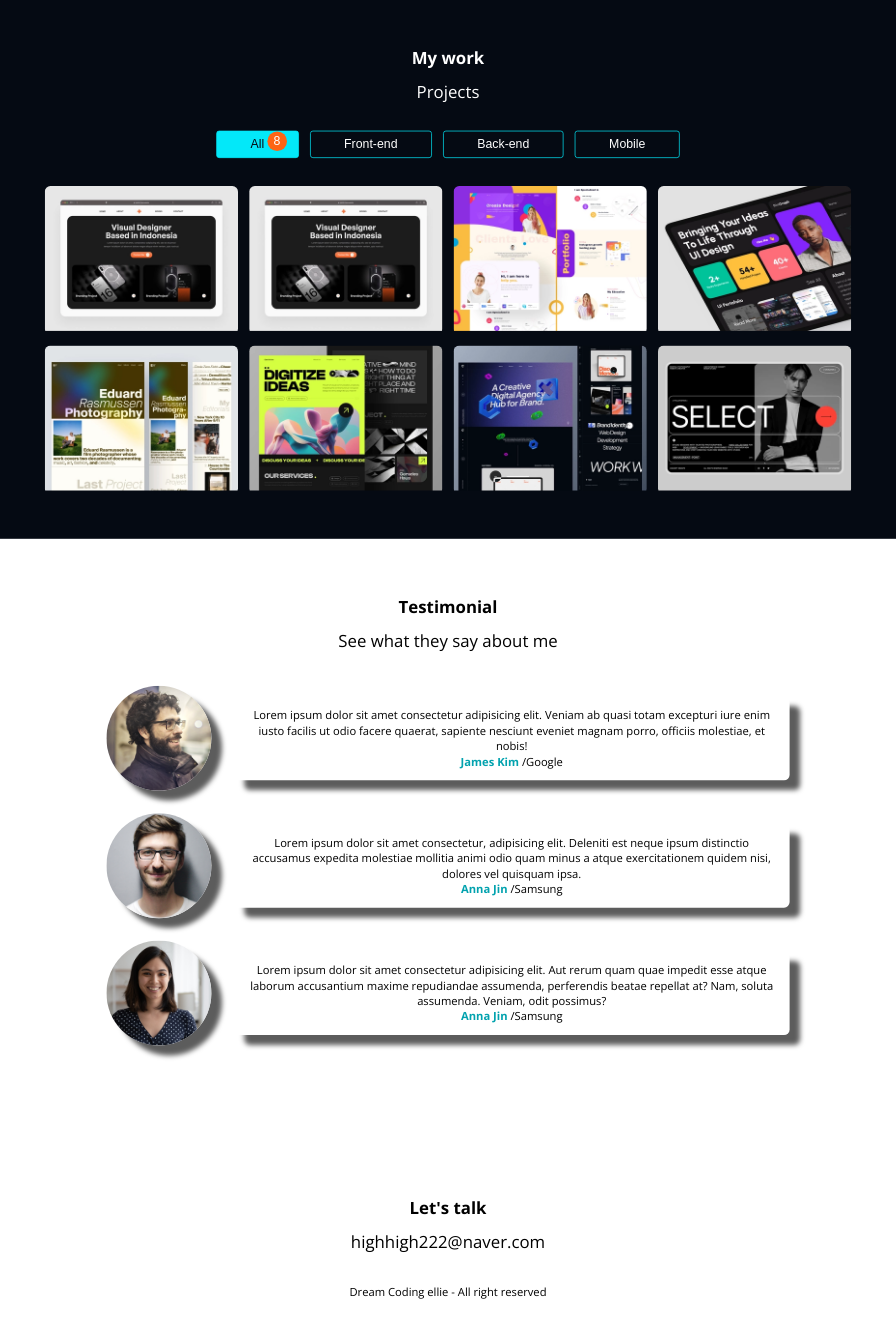
Repository: Arden-Sol/portfolio-website-clone-coding
Page: index.html
These files come from the project's save history. The page is drawn as it stood at one moment and after the next save; the edit follows.
The browser window is 1280 px wide. The pictures show the part of the page from y = 2224 to 4144 px (the page is 4144 px tall), at 70% of full size.
Some web libraries are served in a nearby version.

Above is the page before, as saved 2024-03-27 02:07:28.

### index.html
<!DOCTYPE html>
<html lang="en">

<head>
  <meta charset="UTF-8">
  <meta name="viewport" content="width=device-width, initial-scale=1.0">
  <!-- SEO -->
  <title>Arden&#39;s portfolio</title>
  <meta name="description" content="포트폴리오 연습장" />
  <meta name="author" content="arden">
  <link rel="shortcut icon" href="image/favicon.jpg" type="image/x-icon">
  <!-- OG (Open Graph Data) -->
  <meta property="og:title" content="포트폴리오">
  <meta property="og:type" content="website">
  <meta property="og:url" content="배포후 생성된 URL">
  <meta property="og:image" content="배포후 생성된 이미지 URL">
  <!-- Goole Font -->
  <link rel="preconnect" href="https://fonts.googleapis.com">
  <link rel="preconnect" href="https://fonts.gstatic.com" crossorigin>
  <link href="https://fonts.googleapis.com/css2?family=Open+Sans:ital,wght@0,300..800;1,300..800&display=swap"
    rel="stylesheet">
  <!-- Font Awesome -->
  <script src="https://kit.fontawesome.com/4dc9c1b526.js" crossorigin="anonymous"></script>
  <!-- CSS -->
  <link rel="stylesheet" href="css/style.css">
  <!-- Javascript -->
  <script src="src/main.js" defer></script>
</head>

<body>
  <!-- Header -->
  <header class="header">
    <div class="header__logo">
      <img class="header__logo__img" src="image/favicon.jpg" alt="">
      <h1 class="header__logo__title"><a href="#">Ellie</a></h1>
    </div>
    <nav>
      <ul class="header__menu">
        <li><a class="header__menu__item active" href="#home">Home</a></li>
        <li><a class="header__menu__item" href="#about">About</a></li>
        <li><a class="header__menu__item" href="#skills">Skills</a></li>
        <li><a class="header__menu__item" href="#work">My work</a></li>
        <li><a class="header__menu__item" href="#testimonial">Testimonials</a></li>
        <li><a class="header__menu__item" href="#contact">Contact</a></li>
      </ul>
    </nav>
  </header>
  <!-- Main -->
  <main>
    <!-- Home -->
    <section id="home" class="section">
      <img class="home__avatar" src="image/picture.jpg" alt="picture">
      <h2 class="home__title">Lorem <br> <strong class="home__title--strong">ipsum dolor</strong> sit amet consectetur
        ad.</h2>
      <p class="home__description">Lorem ipsum dolor sit amet consectetur adipisicing elit. Rerum placeat optio beatae
        assumenda incidunt harum
        vel?</p>
      <a class="home__contact" href="#contact">Contact me</a>
    </section>
    <!-- About -->
    <section id="about" class="section max-container">
      <h2 class="title">About me</h2>
      <p class="description">Lorem ipsum dolor sit amet, consectetur adipisicing elit. Soluta, consequatur.</p>
      <ul class="majors">
        <li class="major">
          <i class="fa-brands fa-html5 major__icon"></i>
          <p class="major__title">Front-end</p>
          <p>HTML, CSS Javascript, TYPEscript</p>
        </li>
        <li class="major">
          <i class="fa-solid fa-mobile major__icon"></i>
          <p class="major__title">Mobile</p>
          <p>Lorem ipsum dolor sit amet consectetur.</p>
        </li>
        <li class="major">
          <i class="fa-solid fa-server major__icon"></i>
          <p class="major__title">Back-end</p>
          <p>Lorem, ipsum dolor sit amet consectetur adipisicing elit.</p>
        </li>
      </ul>
      <ul class="jobs">
        <li class="job"><img src="image/jobs/google.png" alt="google">
          <div>
            <p class="job__name">junior Front-end engineer</p>
            <p class="job__period">period</p>
          </div>
        </li>
        <li class="job"><img src="image/jobs/samsung.png" alt="samsung">
          <div>
            <p class="job__name">
              junior Front-end dngineer
            </p>
            <p class="job__period">period</p>
          </div>
        </li>
      </ul>
    </section>
    <!-- Skills -->
    <section id="skills" class="section">
      <div class="max-container">
        <h2 class="title">My Skills</h2>
        <p class="description">Skills & Attributes</p>
        <p>Lorem ipsum dolor sit amet consectetur, adipisicing elit. Quia tempore dignissimos suscipit deleniti saepe
          nemo
          doloremque voluptates minima ipsam! Nemo ab voluptas omnis libero commodi delectus sequi hic error inventore?
        </p>
        <div class="skills">
          <section class="skills__coding">
            <h3 class="skills__title">Conding Skills</h3>
            <ul>
              <li class="bar">
                <div class="bar__metadata"><span>HTML</span><span>98%</span></div>
                <div class="bar__bg">
                  <div class="bar__value" style="width: 98%"></div>
                </div>
              </li>
              <li class="bar">
                <div class="bar__metadata"><span>CSS</span><span>90%</span></div>
                <div class="bar__bg">
                  <div class="bar__value" style="width: 20%"></div>
                </div>
              </li>
              <li class="bar">
                <div class="bar__metadata"><span>Javascript</span><span>90%</span></div>
                <div class="bar__bg">
                  <div class="bar__value" style="width: 98%"></div>
                </div>
              </li>
              <li class="bar">
                <div class="bar__metadata"><span>TYPEscript</span><span>80%</span></div>
                <div class="bar__bg">
                  <div class="bar__value" style="width: 98%"></div>
                </div>
              </li>
              <li class="bar">
                <div class="bar__metadata"><span>NodeJs</span><span>78%</span></div>
                <div class="bar__bg">
                  <div class="bar__value" style="width: 98%"></div>
                </div>
              </li>
              <li class="bar">
                <div class="bar__metadata"><span>React</span><span>68%</span></div>
                <div class="bar__bg">
                  <div class="bar__value" style="width: 98%"></div>
                </div>
              </li>
            </ul>
          </section>
          <section class="skills__tools">
            <h3 class="skills__title">Tools</h3>
            <ul>
              <li>Visual Studio Code</li>
              <li>IntelliJ</li>
              <li>Android Studio Code</li>
              <li>iOS dvelopment toos</li>
              <li>Sketch app</li>
            </ul>
          </section>
          <section class="skills__etc">
            <h3 class="skills__title">Etc</h3>
            <ul>
              <li>Git</li>
              <li>Scurm Master</li>
              <li>Math</li>
            </ul>
          </section>
        </div>
      </div>
    </section>
    <!-- Work -->
    <section id="work" class="section">
      <div class="max-container">
        <h2 class="title">My work</h2>
        <p class="description">Projects</p>
        <ul class="categories">
          <li><button class="category category--selected">All <span class="category__count">8</span></button></li>
          <li><button class="category">Front-end <span class="category__count">3</span></button></li>
          <li><button class="category">Back-end <span class="category__count">3</span></button></li>
          <li><button class="category">Mobile <span class="category__count">2</span></button></li>
        </ul>
        <ul class="projects">
          <li class="project">
            <a href="#" target="_blank">
              <img src="image/projects/project1.webp" alt="project8" class="project__img">
              <div class="project__metadata">
                <h3 class="project__title">Project #1</h3>
                <p>Clone Coding with HTML, CSS</p>
              </div>
            </a>
          </li>
          <li class="project"><a href="#" target="_blank"><img src="image/projects/project1.webp" alt="project1"
                class="project__img">
              <div class="project__metadata">
                <h3 class="project__title">Project #1</h3>
                <p>Clone Coding with HTML, CSS</p>
              </div>
            </a></li>
          <li class="project"><a href="#" target="_blank"><img src="image/projects/project2.webp" alt="project2"
                class="project__img">
              <div class="project__metadata">
                <h3 class="project__title">Project #2</h3>
                <p>Clone Coding with HTML, CSS</p>
              </div>
            </a></li>
          <li class="project"><a href="#" target="_blank"><img src="image/projects/project3.webp" alt="project3"
                class="project__img">
              <div class="project__metadata">
                <h3 class="project__title">Project #3</h3>
                <p>Clone Coding with HTML, CSS</p>
              </div>
            </a></li>
          <li class="project"><a href="#" target="_blank"><img src="image/projects/project4.webp" alt="project4"
                class="project__img">
              <div class="project__metadata">
                <h3 class="project__title">Project #4</h3>
                <p>Clone Coding with HTML, CSS</p>
              </div>
            </a></li>
          <li class="project"><a href="#" target="_blank"><img src="image/projects/project5.webp" alt="project5"
                class="project__img">
              <div class="project__metadata">
                <h3 class="project__title">Project #5</h3>
                <p>Clone Coding with HTML, CSS</p>
              </div>
            </a></li>
          <li class="project"><a href="#" target="_blank"><img src="image/projects/project6.webp" alt="project6"
                class="project__img">
              <div class="project__metadata">
                <h3 class="project__title">Project #6</h3>
                <p>Clone Coding with HTML, CSS</p>
              </div>
            </a></li>
          <li class="project"><a href="#" target="_blank"><img src="image/projects/project7.webp" alt="project7"
                class="project__img">
              <div class="project__metadata">
                <h3 class="project__title">Project #7</h3>
                <p>Clone Coding with HTML, CSS</p>
              </div>
            </a></li>
        </ul>
      </div>
    </section>
    <!-- Testimonials -->
    <section id="testimonial" class="section max-container">
      <h2 class="title">Testimonial</h2>
      <p class="description">See what they say about me</p>
      <ul class="testimonials">
        <li class="testimonial"><img class="testimonial__img" src="image/testimonials/people1.webp" alt="people1">
          <div class="testimonial__bubble">
            <p>Lorem ipsum dolor sit amet consectetur adipisicing elit. Veniam ab quasi totam excepturi iure enim iusto
              facilis ut odio facere quaerat, sapiente nesciunt eveniet magnam porro, officiis molestiae, et nobis!</p>
            <p><a class="testimonial__bubble__name" href="#">James Kim</a> /Google</p>
          </div>
        </li>
        <li class="testimonial"><img class="testimonial__img" src="image/testimonials/people2.webp" alt="people2">
          <div class="testimonial__bubble">
            <p>Lorem ipsum dolor sit amet consectetur, adipisicing elit. Deleniti est neque ipsum distinctio accusamus
              expedita molestiae mollitia animi odio quam minus a atque exercitationem quidem nisi, dolores vel quisquam
              ipsa.</p>
            <p><a class="testimonial__bubble__name" href="#">Anna Jin </a>/Samsung</p>
          </div>
        </li>
        <li class="testimonial">
          <img class="testimonial__img" src="image/testimonials/people3.webp" alt="people3">
          <div class="testimonial__bubble">
            <p>Lorem ipsum dolor sit amet consectetur adipisicing elit. Aut rerum quam quae impedit esse atque laborum
              accusantium maxime repudiandae assumenda, perferendis beatae repellat at? Nam, soluta assumenda. Veniam,
              odit possimus?</p>
            <p><a class="testimonial__bubble__name" href="#">Anna Jin </a>/Samsung</p>
          </div>
        </li>
      </ul>
    </section>
    <!-- Arrow up -->
    <aside>
      <a href="#home" title="back to top">
        <i class="fa-solid fa-arrow-up"></i></a>
    </aside>
  </main>
  <!-- Footer -->
  <footer id="contact" class="section">
    <h2 class="title">Let&#39;s talk</h2>
    <p class="description">highhigh222@naver.com</p>
    <ul>
      <li>
        <a href="#" title="arden github link" target="_blank">
          <i class="fa-brands fa-github"></i>
        </a>
      </li>
      <li>
        <a href="#" title="arden linkedin link" target="_blank">
          <i class="fa-brands fa-linkedin"></i>
        </a>
      </li>
    </ul>
    <p>Dream Coding ellie - All right reserved</p>
  </footer>


</body>

</html>

### css/style.css
/* Global */
:root {
/* App Colors */
--color-primary: var(--color-black);
--color-primary-variant: var(--color-gray);
--color-accent: var(--color-blue);
--color-accent-variant: var(--color-orange);
--color-text: var(--color-white);

  /* Colors */
--color-white: #ffffff;
--color-black: #050a13;
--color-blue: #03e8f9;
--color-orange: #fd6413;
--color-gray: #1b1e26;

/* Size */
--size-max-width: 1200px;
}

*{
  box-sizing: border-box;
}

body {
  margin : 0;
  font-family: 'Open Sans', sans-serif;
}

h1, h2, h3,p,ul {
  margin : 0;

}

ul{
  list-style: none;
  padding: 0;
}
a {
  text-decoration: none;
  color : var(--color-text);
}

button {
  background-color: transparent;
  outline: 0;
  border : 0;
}

button:hover {
  outline: 1px solid var(--color-accent);
}

/* Common */
.section {
  padding: 4rem;
  text-align: center;
}
.title {
  font-size: 2.5;
  margin: 1rem 0;
}
.description {
  font-size: 1.5rem;
}
.max-container {
  max-width: var(--size-max-width);
  margin: auto;
}

/* Header */
.header{
  position:fixed;
  top:0;
  width: 100%;
  display: flex;
  justify-content: space-between;
  align-items: center;
  padding: 1rem;
  background-color: black;
  z-index: 1;
  /* 새롭게 배운 것 */
}
.header__logo {
  display: flex;
  align-items: center;
  gap:8px;
}
.header__logo__img {
  width: 36px;
  height: 36px;
  border-radius: 100%;
}
.header__logo__title {
  font-size: 1.8rem;
}
.header__menu {
  display: flex;
  gap:4px
}
.header__menu__item {
  padding: 8px 16px;
}
.header__menu__item:hover {
  border-bottom:1px solid var(--color-accent)
}
.header__menu__item.active {
  border:1px solid var(--color-accent);
  border-radius: 4px;
}
/* Home */
#home{
  background-color: var(--color-primary);
  color: var(--color-text);
  padding : 5rem 1rem;
  padding-top: 7rem;
  text-align: center;
}
.home__avatar{
  width: 250px;
  height: 250px;
  object-fit:cover;
  border-radius: 100%;
  border:3px solid var(--color-accent);
}
.home__title {
  font-size: 3rem;
  margin-bottom: 1rem;
}
.home__title--strong{
  color: var(--color-accent);
}
.home__description {
  font-size: 1.3rem;
}
.home__contact{
  display: inline-block;
  background-color: var(--color-accent);
  color:var(--color-black);
  padding : 0.5rem 1rem;
  margin: 2rem;
  font-weight: bold;
  border-radius: 4px;
}
.home__contact:hover{
  background-color: transparent;
  color: var(--color-text);
  outline: 2px solid var(--color-accent);
}
/* About me */
.majors{
  display: flex;
  justify-content: space-between;
  gap:1rem;
  margin: 2.5rem 0;
}
.major {
  background-color: var(--color-primary-variant);
  padding: 2rem 1rem;
  width: 30%;
  color: var(--color-text);
  border-radius: 1rem;
  cursor: default;
  box-shadow: 15px 14px 8px 0px rgba(0,0,0,0.64);
}
.major__icon{
  font-size: 4rem;
  margin: 1rem 0;
  color: var(--color-accent);
  transition: all 300ms ease;
}
.major__title{
  font-size: 1.5rem;
  font-weight: bold;
  margin-bottom:1rem;
}
.major:hover .major__icon{
  transform: rotate(-15deg) scale(1.2);
}
.jobs{
  text-align: start;
}
.job {
  display: flex;
  align-items: center;
  gap:8px;
  margin-bottom: 1rem;
}
.job__name {
  color: var(--color-primary);
}
.job__period  {
  color: var(--color-primary);
  font-size: 0.8rem;
}

/* Skills */
#skills {
  background-color: var(--color-primary-variant);
  color: var(--color-text);
}
.skills{
  display: grid;
  grid-template-columns: 6fr 4fr;
  margin: 2rem 3rem;
  border-radius: 8px;
  overflow: hidden;
  box-shadow: 15px 14px 8px 0px rgba(0,0,0,0.64);
}
.skills__title {
  color: var(--color-accent);
  margin: 1rem 0;
  font-size: 1.2rem;
}

.skills__coding{
  background-color: var(--color-primary);
  grid-row: span 2;
  padding: 1rem;
}
.skills__tools{
padding: 1rem;
}
.skills__etc{
  background-color: var(--color-primary);
  padding: 1rem;
  filter: brightness(150%);
}
.bar {
  display: flex;
  flex-direction: column;
  padding: 1rem;
  gap: 0.5rem;
}
.bar__metadata{
  display: flex;
  justify-content: space-between;
}
.bar__bg{
  width: 100%;
  height: 3px;
  background-color: var(--color-primary-variant);
}
.bar__value{
  height: 3px;
  background-color: var(--color-accent);
}

/* Word */
#work{
  background-color: var(--color-primary);
  color: var(--color-text);
}
.categories{
  display: flex;
  justify-content: center;
  margin: 2.5rem;
  gap: 1rem;
}
.category{
  position: relative;
  color: var(--color-text);
  font-size: 1.1rem;
  padding: 0.5rem 3rem;
  border-radius: 4px;
  border: 1px solid var(--color-accent);
  cursor: pointer;
  white-space: nowrap;
  /* 새롭게 배운 것 */
}
.category--selected {
  background-color: var(--color-accent);
  color: var(--color-primary);
}
.category__count{
  opacity: 0;
  position: absolute;
  top: -20px;
  right: 16px;
  width: 28px;
  height: 28px;
  line-height: 28px;
  border-radius: 100%;
  background-color: var(--color-accent-variant);
  color: var(--color-text);
  transition: all 250ms ease-in;
}
.category--selected .category__count,
.category:hover .category__count{
  opacity: 1;
  top: 0;
}

.projects {
  display: grid;
  grid-template-columns: repeat(4, 1fr);
  grid-template-rows: repeat(2, 1fr);
  gap: 1rem;
}
.project{
  position: relative;
  border-radius: 8px;
  overflow: hidden;
}
.project__img{
  width: 100%;
}
.project__metadata{
  position: absolute;
  top: 0;
  right: 0;
  width: 100%;
  height: 100%;
  background-color: var(--color-black);
  opacity: 0;
  display: flex;
  flex-direction: column;
  justify-content: center;
  align-items: center;
  transition: all 250ms ease-in;
  transform: translateY(-10px);
}
.project__metadata:hover {
  opacity: 0.8;
  transform: translateY(0px);
}
.project__title:after {
  content:'';
  display: block;
  position: relative;
  left: 50%;
  width: 50px;
  height: 2px;
  background-color: var(--color-accent);
  transform: translateX(-50%);
  margin: 0.5rem 0;
  /* 꾸미기용 가상요소 */
}

/* Testimonial */
.testimonials {
  margin: 3rem;

}
.testimonial{
  display: flex;
  gap:2rem;
  margin-bottom: 2rem;
  align-items: center;
}
.testimonial__img{
  width: 150px;
  height: 150px;
  border-radius: 100%;
  box-shadow: 15px 14px 8px 0px rgba(0,0,0,0.64);
}
.testimonial__bubble{
  box-shadow: 15px 14px 8px 0px rgba(0,0,0,0.64);
  padding: 1rem;
  border-radius: 8px;
}
.testimonial__bubble__name{
  color: var(--color-accent);
  font-weight: bold;
  filter: brightness(70%);
}

Loaded but not shown: src/main.js (common file)

After the next save:
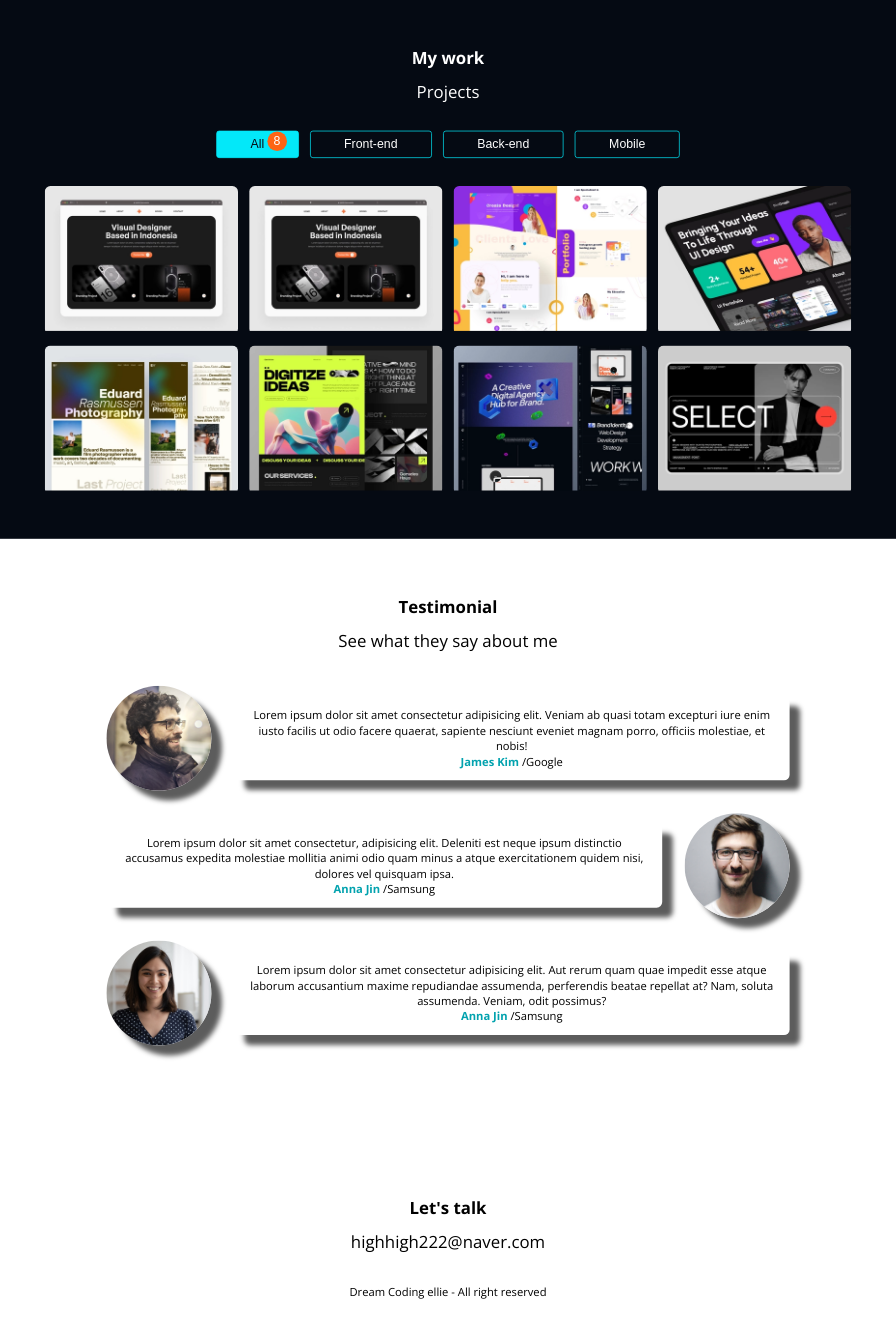
Saved 67 s later.
--- a/css/style.css
+++ b/css/style.css
@@ -348,6 +348,9 @@
   margin-bottom: 2rem;
   align-items: center;
 }
+.testimonial:nth-child(even) .testimonial__img{
+  order:1;
+}
 .testimonial__img{
   width: 150px;
   height: 150px;
